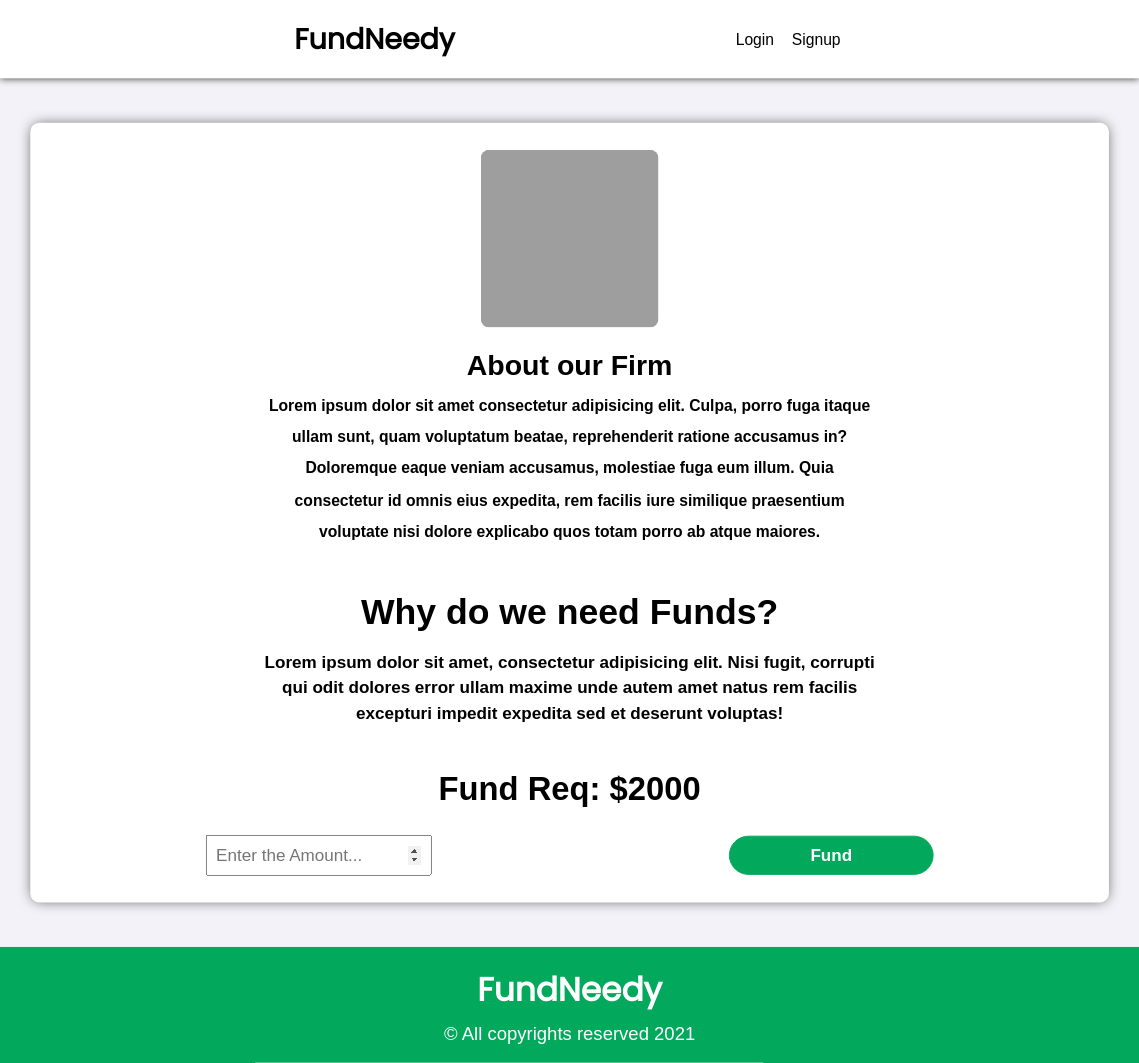
Repository: osdc/codejam
Page: /firmname (app in sassy-sandwiches/fund-needy/)
An editor plug-in stored every save of this project. The page is shown before and after the next save, followed by the edit.
The browser window is 1280 px wide. The pictures show the whole page, at 89% of full size.
The first visible `.firmFund_fund > form > input[type="number"]` is being pressed.
Pictures or frames that could not be fetched are drawn as grey boxes. The project was rebuilt for these pictures with package versions that can differ from the ones it lists, and the page was loaded fresh each time. Also part of the build but not shown: sassy-sandwiches/fund-needy/src/Showcase.css, sassy-sandwiches/fund-needy/src/Showcase.js, sassy-sandwiches/fund-needy/src/Needies.css, sassy-sandwiches/fund-needy/src/Needy.css, sassy-sandwiches/fund-needy/src/Needy.js, sassy-sandwiches/fund-needy/src/Needies.js.

Above is the page before, as saved 2021-01-09 22:32:48.

After the next save:
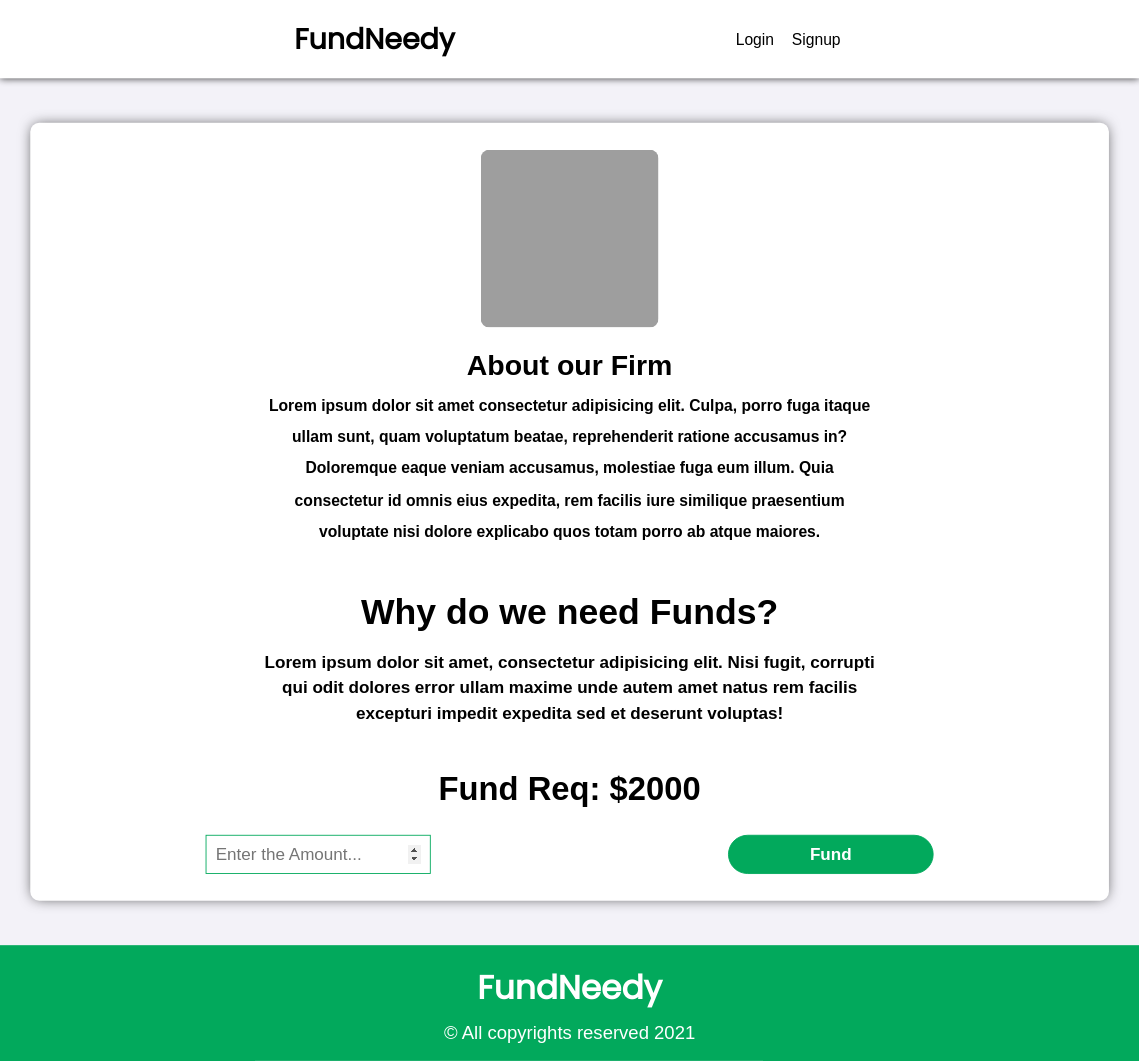
Saved 40 s later.
--- a/sassy-sandwiches/fund-needy/src/FirmFund.css
+++ b/sassy-sandwiches/fund-needy/src/FirmFund.css
@@ -66,6 +66,10 @@
   font-size: 1.2rem;
 }
 
+.firmFund_fund > form > input[type="number"]:active {
+  border: 1px solid #02a95c;
+}
+
 .firmFund_fund > form > button {
   font-size: 1.2rem;
   width: 20%;

After the save that followed:
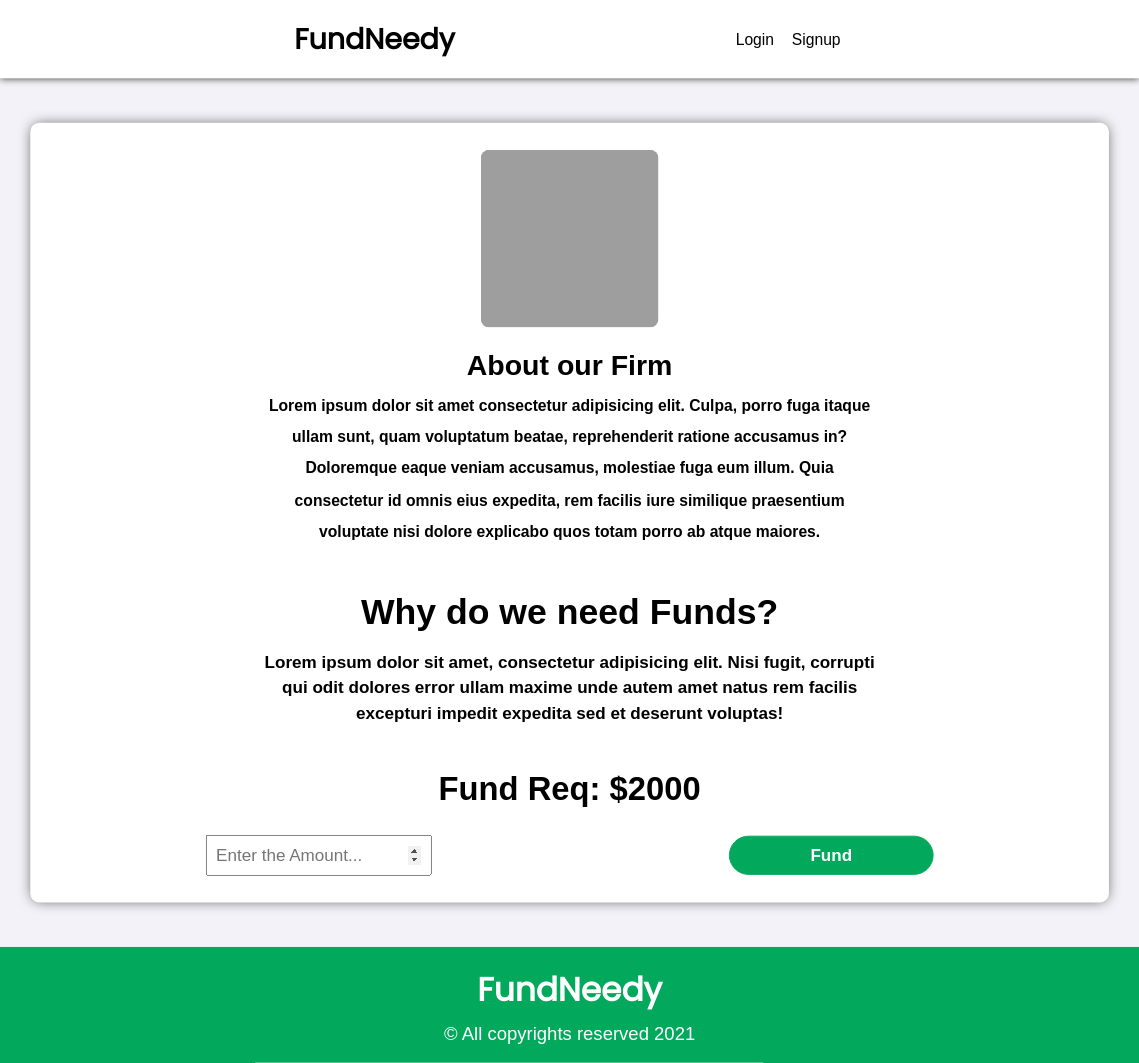
Saved 7 s later.
--- a/sassy-sandwiches/fund-needy/src/FirmFund.css
+++ b/sassy-sandwiches/fund-needy/src/FirmFund.css
@@ -66,7 +66,7 @@
   font-size: 1.2rem;
 }
 
-.firmFund_fund > form > input[type="number"]:active {
+.firmFund_fund > form > input[type="number"]:focus {
   border: 1px solid #02a95c;
 }
 
